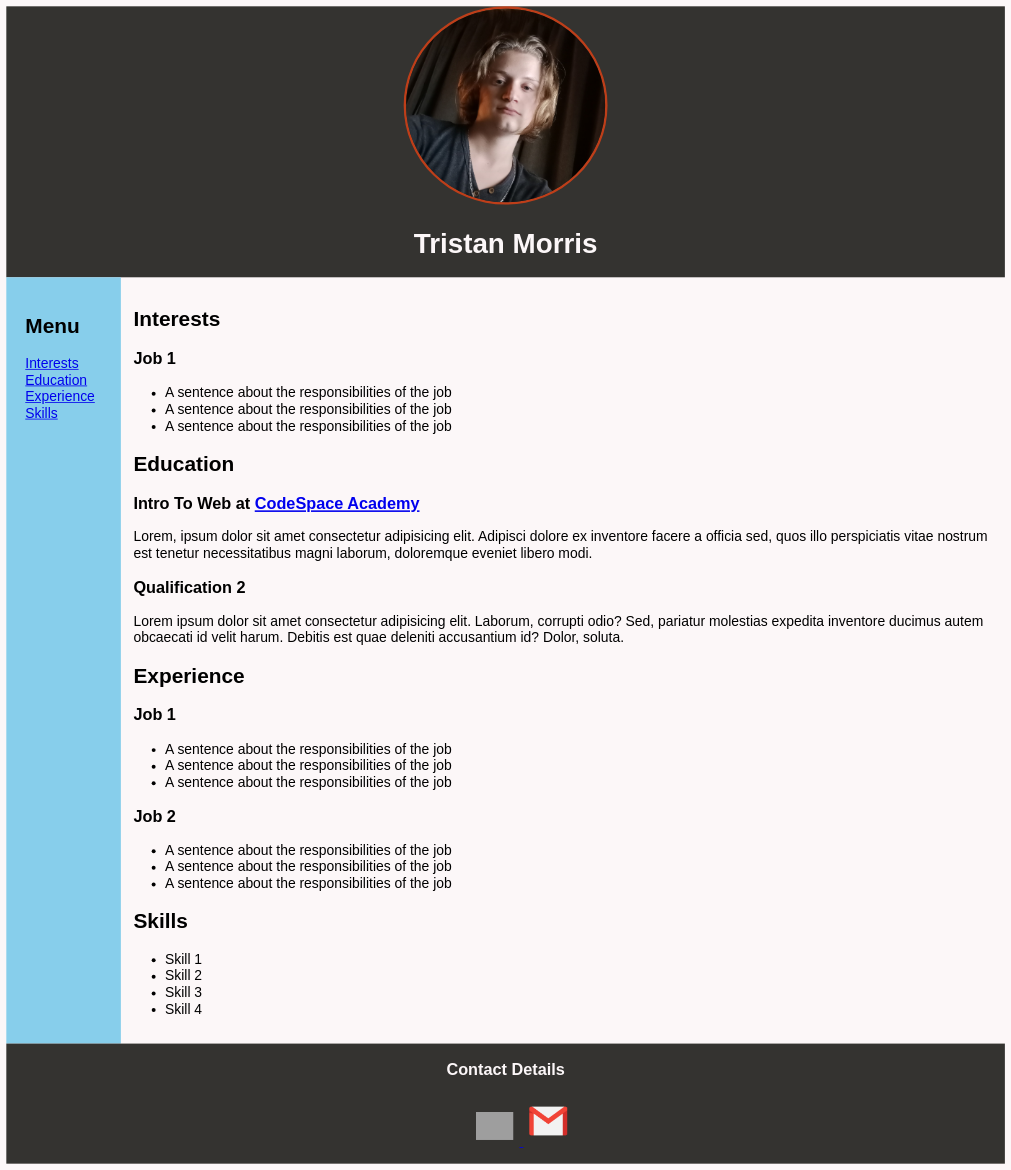
Repository: TristanKMorris/introToWebDesignAssignment
Page: resume.html
An editor plug-in stored every save of this project. The page is shown before and after the next save, followed by the edit.
The browser window is 1280 px wide. The pictures show the whole page, at 79% of full size.
Pictures or frames that could not be fetched are drawn as grey boxes.

Above is the page before, as saved 2022-06-02 21:56:46.

After the next save:
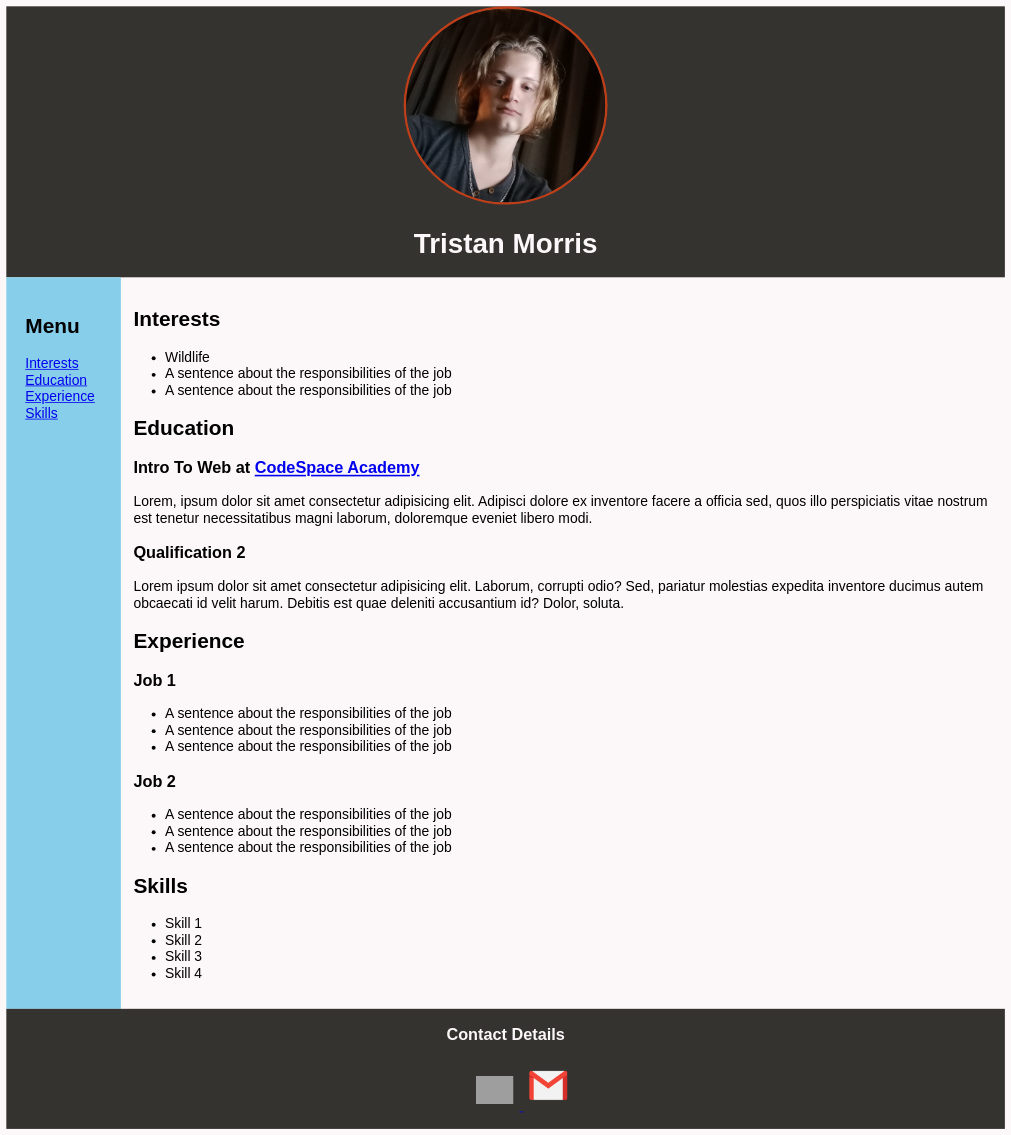
Saved 103 s later.
--- a/resume.html
+++ b/resume.html
@@ -41,15 +41,13 @@
 
           <h2 id="interests">Interests</h2>
 
-            <h3>Job 1</h3>
+          <ul>
 
-            <ul>
-
-            <li>A sentence about the responsibilities of the job</li>
+            <li>Wildlife</li>
             <li>A sentence about the responsibilities of the job</li>
             <li>A sentence about the responsibilities of the job</li>
 
-            </ul>
+          </ul>
 
           <h2 id="education">Education</h2>
 
